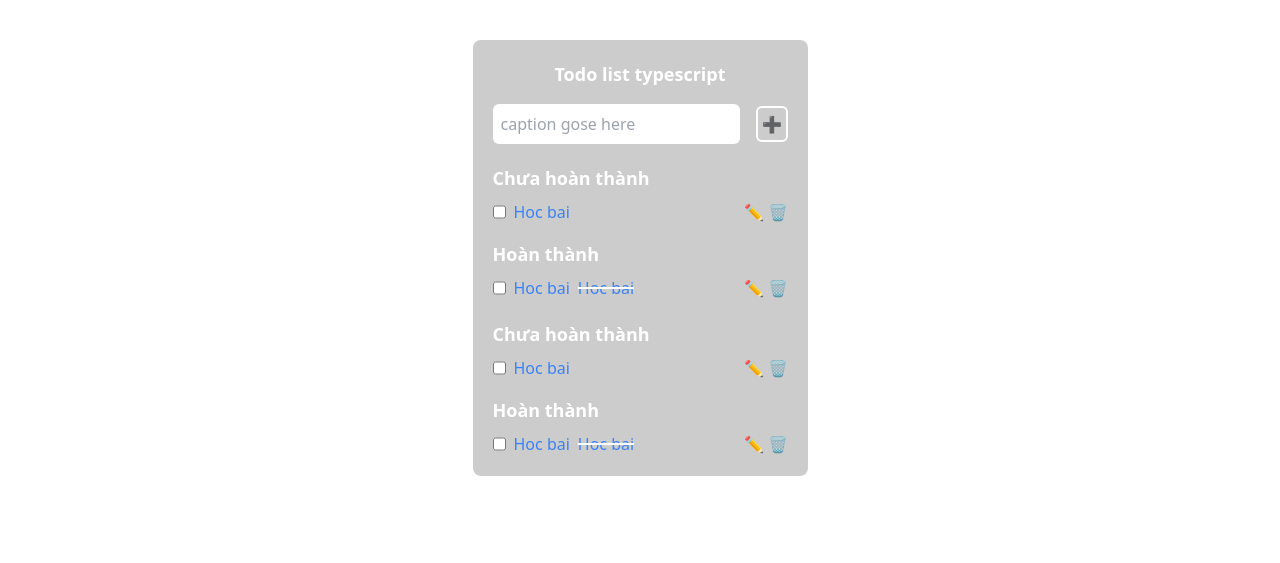
Repository: VIET-TU/react-super-main
Page: / (app in todolist-mybuild/)
An editor plug-in stored every save of this project. The page is shown before and after a run of saves, followed by the edit.
The browser window is 1280 px wide. The pictures show the whole page.
The project was rebuilt for these pictures with package versions that can differ from the ones it lists, and the page was loaded fresh each time. Also part of the build but not shown: todolist-mybuild/vite.config.ts.

Above is the page before, as saved 2023-05-16 07:20:35.

After the next 2 saves:
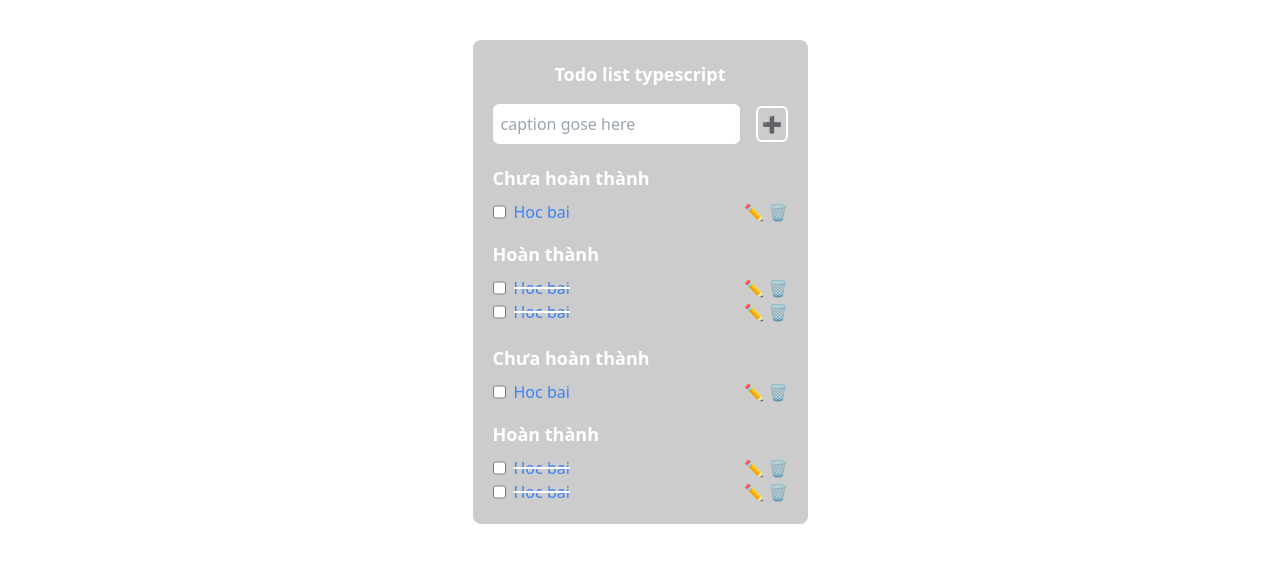
The 2 saves are shown as one change because 1 did not build or start.
The last was saved 69 s later.
--- a/todolist-mybuild/src/components/TaskList/TaskList.tsx
+++ b/todolist-mybuild/src/components/TaskList/TaskList.tsx
@@ -22,7 +22,19 @@ const TaskList = (props) => {
           <div className='flex justify-between task'>
             <div className='flex gap-2'>
               <input type='checkbox' name='' id=' ' />
-              <span>Hoc bai</span>
+              <div className='relative'>
+                <span>Hoc bai</span>
+                <div className='absolute w-full h-[2px] bg-white top-1/2 left-1/2 transform -translate-x-1/2 -translate-y-1/2'></div>
+              </div>
+            </div>
+            <div className='flex gap-1'>
+              <button>✏️</button>
+              <button>🗑️</button>
+            </div>
+          </div>
+          <div className='flex justify-between task'>
+            <div className='flex gap-2'>
+              <input type='checkbox' name='' id=' ' />
               <div className='relative'>
                 <span>Hoc bai</span>
                 <div className='absolute w-full h-[2px] bg-white top-1/2 left-1/2 transform -translate-x-1/2 -translate-y-1/2'></div>
